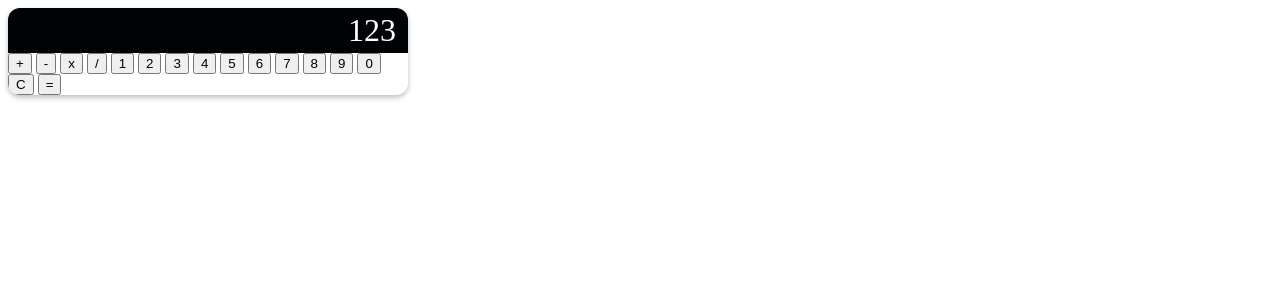
Repository: TEazy2433/LAB-calculator
Page: index.html
These files come from the project's save history. The page is drawn as it stood at one moment and after the next save; the edit follows.
The browser window is 1280 px wide. The pictures show the whole page.

Above is the page before, as saved 2023-10-14 10:08:59.

### index.html
<!DOCTYPE html>
<html lang="en">
<head>
  <meta charset="UTF-8">
  <meta name="viewport" content="width=device-width, initial-scale=1.0">
  <title>calculator</title>
  <link rel="stylesheet" href="main.css">


</head>
<body>
  <div class="calculator">
    <div class="display">123</div>
    <div class="calculator_keys">
      <button class="calculator_key key--operator">+</button>
      <button class="calculator_key key--operator">-</button>
      <button class="calculator_key key--operator">x</button>
      <button class="calculator_key key--operator">/</button>
      <button class="calculator_key">1</button>
      <button class="calculator_key">2</button>
      <button class="calculator_key">3</button>
      <button class="calculator_key">4</button>
      <button class="calculator_key">5</button>
      <button class="calculator_key">6</button>
      <button class="calculator_key">7</button>
      <button class="calculator_key">8</button>
      <button class="calculator_key">9</button>
      <button class="calculator_key">0</button>
      <button class="calculator_key">C</button>
      <button class="calculator_key key--enter">=</button>
    </div>
  </div>

</body>
</html>

### main.css
.calculator{
  max-inline-size: 25rem;
  border-radius: 12px;
  overflow: hidden;
  box-shadow: 0px 3px 6px 0px rgba(0, 0, 0, 0.15), 0px 2px 4px 0px rgba(0, 0, 0, 0.12);
  display: flex;
  flex-wrap: wrap;


}
.display{
  font-size: 2rem;
  text-align: end;
  background: hsl(210, 100%, 1%);
  color: hsl(255, 100%, 100%);
  padding-block-start: 0.25rem;
  padding-block-end: 0.25rem;
  padding-inline-end: 0.75rem;
  width: 100%;
}

.calculator_keys{


}
.calculator_key{

}
.key--operator{

}
.key--enter{

}

After the next save:
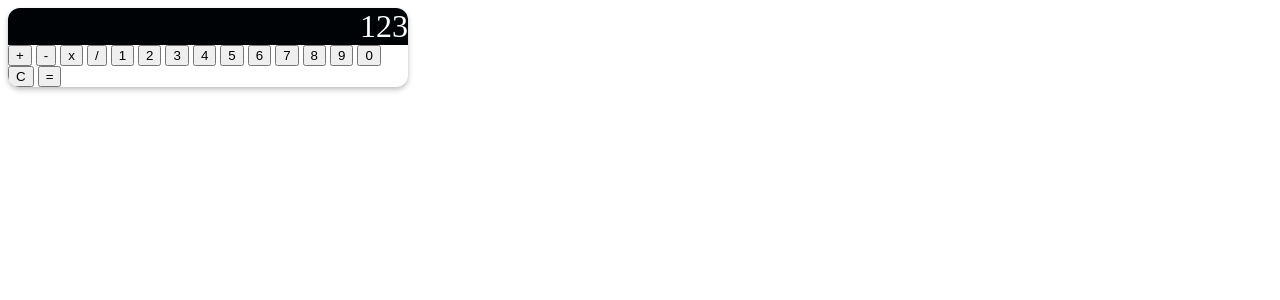
Saved 24 s later.
--- a/main.css
+++ b/main.css
@@ -13,9 +13,6 @@
   text-align: end;
   background: hsl(210, 100%, 1%);
   color: hsl(255, 100%, 100%);
-  padding-block-start: 0.25rem;
-  padding-block-end: 0.25rem;
-  padding-inline-end: 0.75rem;
   width: 100%;
 }
 
